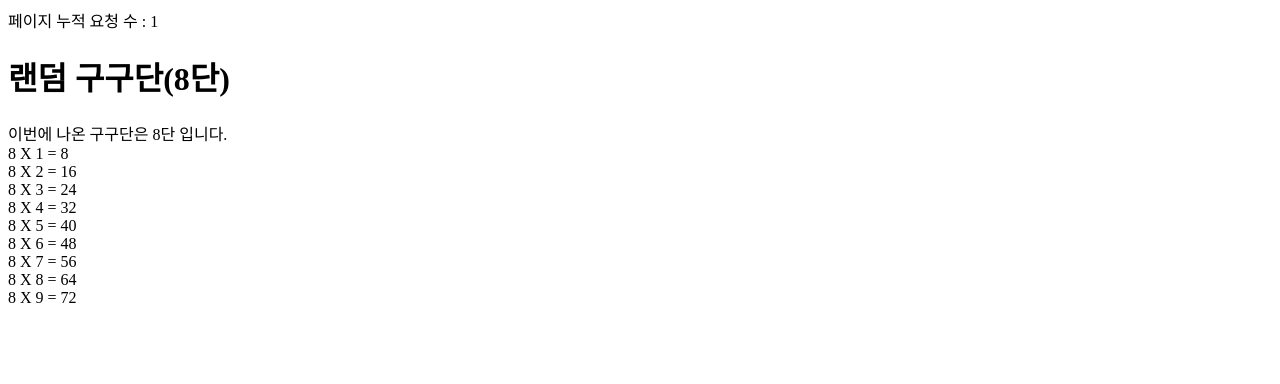
Repository: GITJIWOO/JavaBasic
Page: http://localhost/JSPBasic/Tag_quiz02.jsp
The author's editor kept a copy of each file at every save. The page is drawn from the files as they stood at one save, then again after the next save.
The browser window is 1280 px wide. The pictures show the whole page.
The page is served by Tomcat 9.

Above is the page before, as saved 2021-07-29 07:52:26.

After the next save:
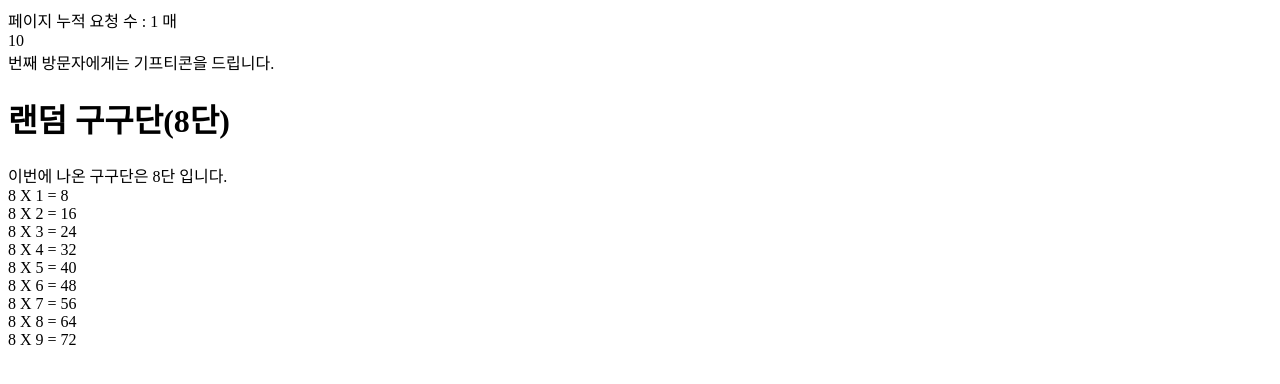
Saved 34 s later.
--- a/JSPBasic/WebContent/Tag_quiz02.jsp
+++ b/JSPBasic/WebContent/Tag_quiz02.jsp
@@ -13,8 +13,8 @@
 	<%
 		total++;
 		out.println("페이지 누적 요청 수 : " + total);
-		if(total == 10){
-			out.println("매 <br>10</br>번째 방문자에게는 기프티콘을 드립니다.");
+		out.println("매 <br>10</br>번째 방문자에게는 기프티콘을 드립니다.");
+		if(total >= 10){
 			out.println("당첨되셧습니다!!");
 		}
 		int ranNum = (int)((Math.random() * 2) + 7);
